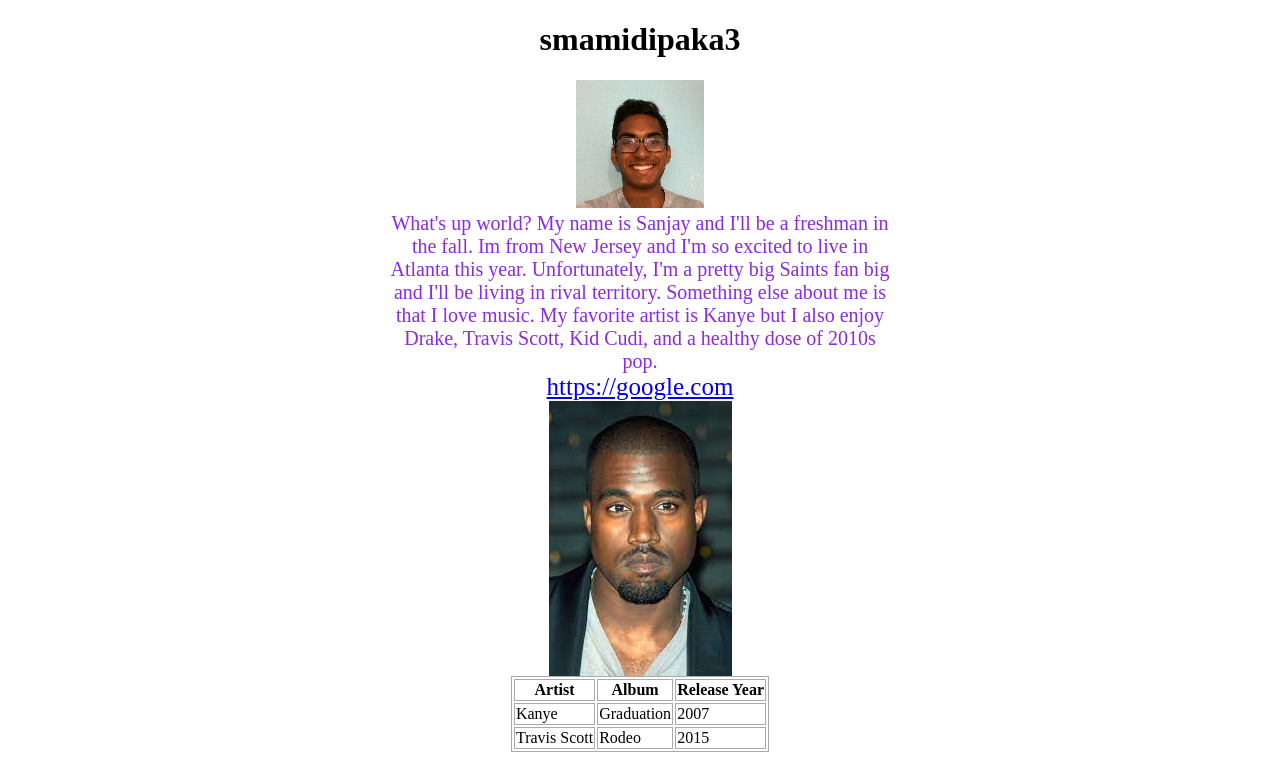
Repository: sanjayMamidipaka/cs1301
Page: lab01/index.html
These files come from the project's save history. The page is drawn as it stood at one moment and after a run of saves; the edit follows.
The browser window is 1280 px wide. The pictures show the whole page.

Above is the page before, as saved 2021-07-22 16:45:22.

After the next 2 saves:
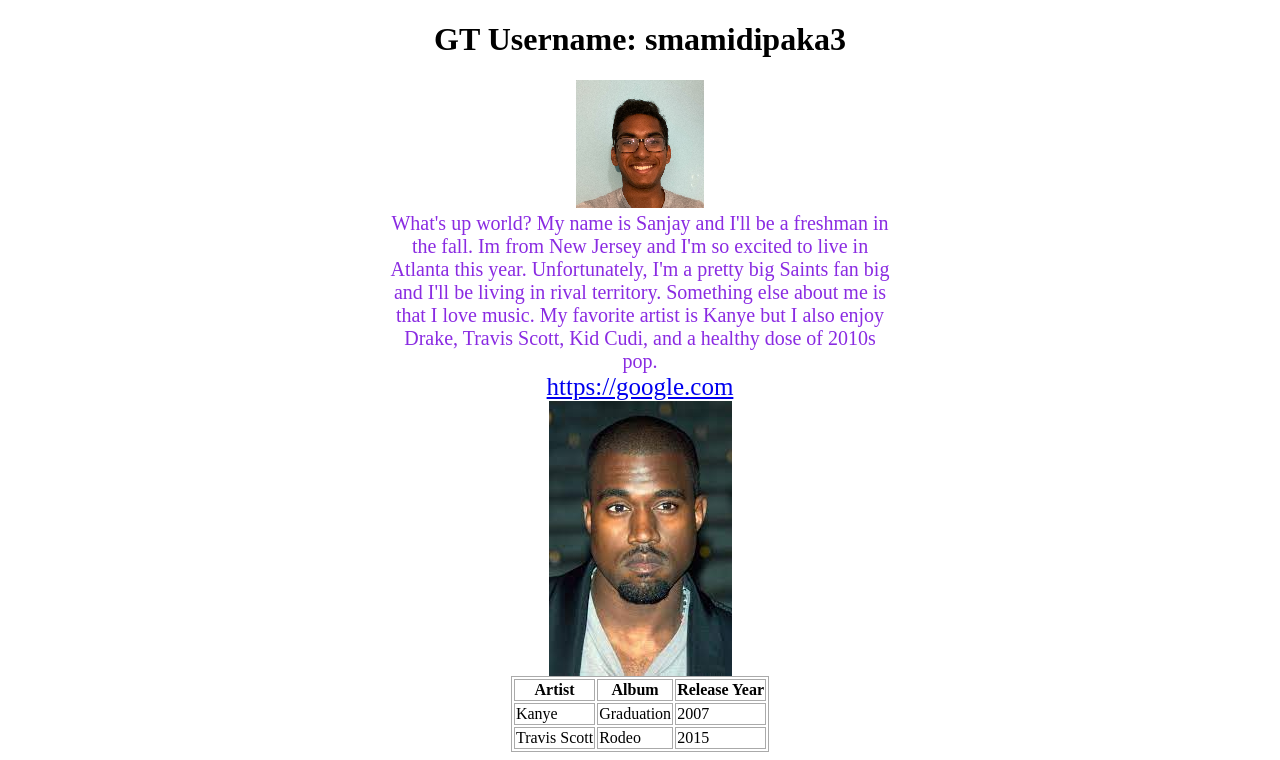
The 2 saves are shown as one change because they came seconds apart.
The last was saved 41 s later.
--- a/lab01/index.html
+++ b/lab01/index.html
@@ -5,7 +5,7 @@
   </head>
 
   <div class = "h1">
-    <h1>smamidipaka3</h1>
+    <h1>GT Username: smamidipaka3</h1>
 
     <img src="image.png" alt="My Picture">
     <p class = 'description'>
